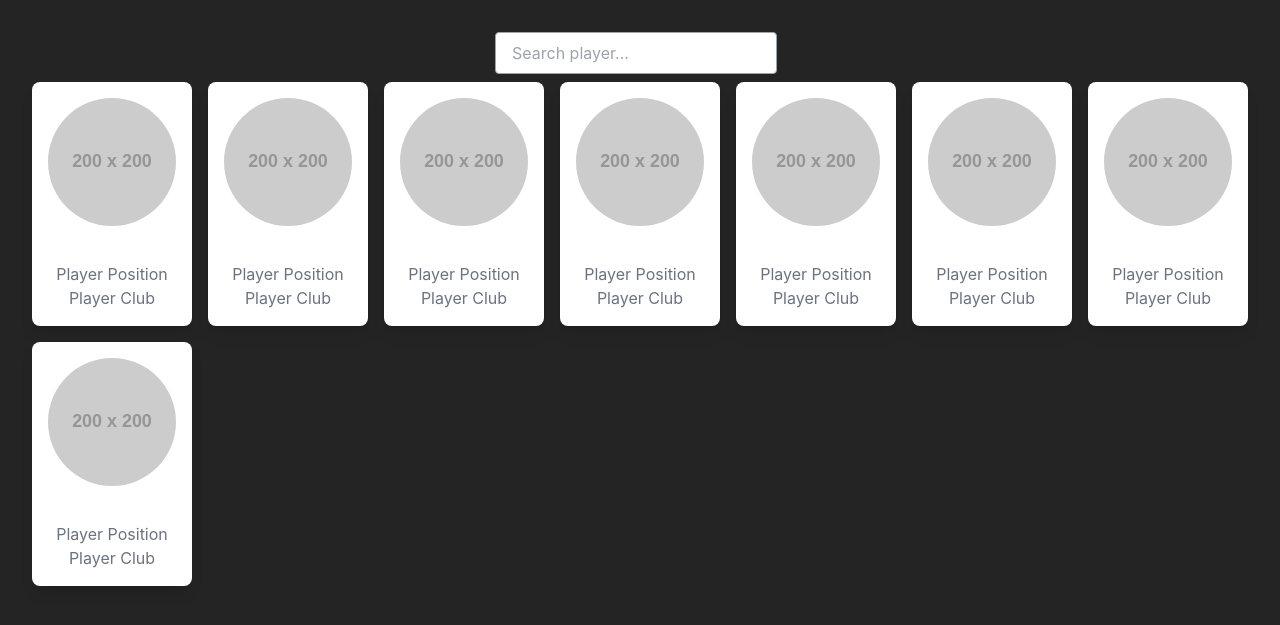
Repository: Hadra92i/movies-search-app
Page: /
The author's editor kept a copy of each file at every save. The page is drawn from the files as they stood at one save, then again after a run of saves.
The browser window is 1280 px wide. The pictures show the whole page.
The project was rebuilt for these pictures with package versions that can differ from the ones it lists, and the page was loaded fresh each time. Also part of the build but not shown: vite.config.js.

Above is the page before, as saved 2023-11-01 12:00:20.

After the next 2 saves:
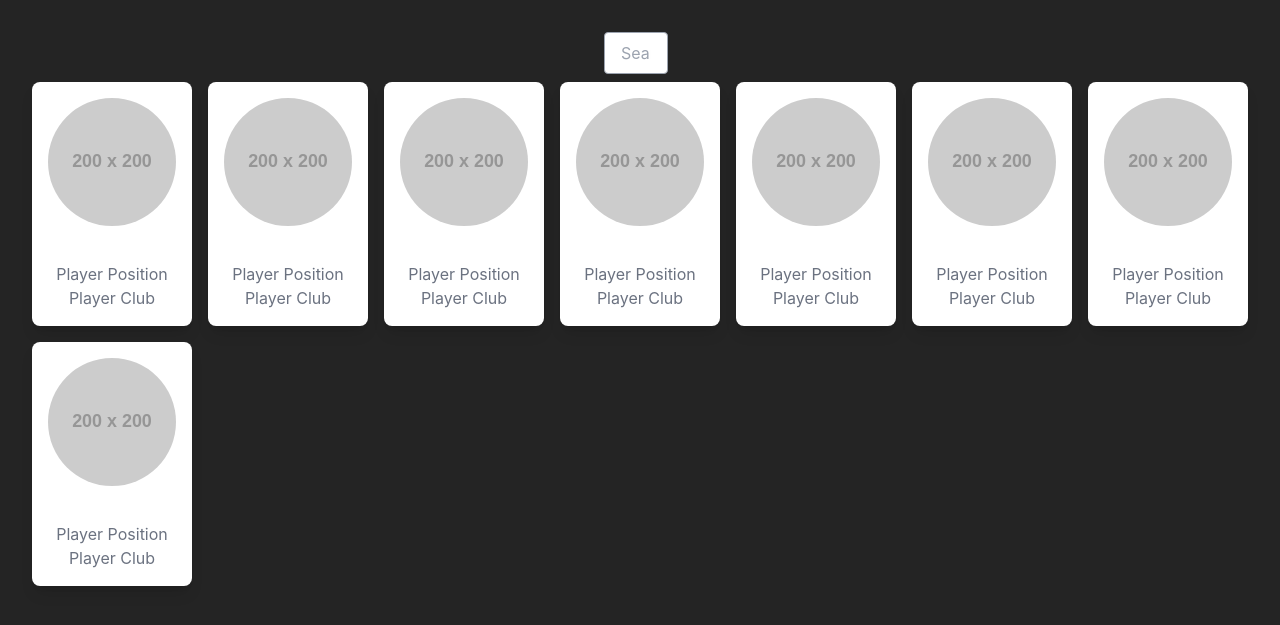
The 2 saves are shown as one change because they came seconds apart.
The last was saved 13 s later.
--- a/src/components/player/Players.jsx
+++ b/src/components/player/Players.jsx
@@ -34,7 +34,7 @@ const Players = () => {
                     placeholder="Search player..."
                     value={searchTerm}
                     onChange={handleSearch}
-                    className="border border-gray-400 rounded py-2 px-4 mr-2"
+                    className="border border-gray-400 rounded py-2 px-4 mr-2 w-16"
                 />
             </div>
             <div className="flex justify-between items-center flex-wrap">
